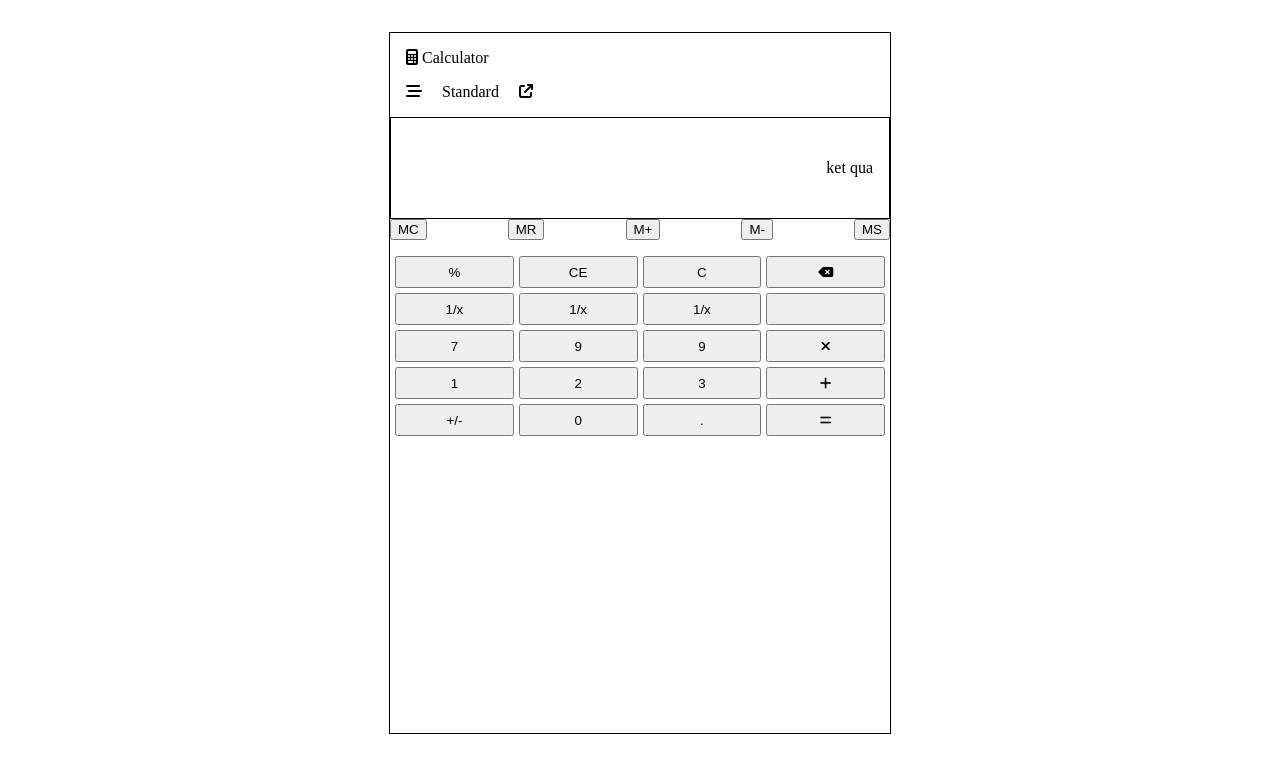
Repository: tungts3qb/Javascript
Page: Calculator/Calculator.html
The author's editor kept a copy of each file at every save. The page is drawn from the files as they stood at one save, then again after the next save.
The browser window is 1280 px wide. The pictures show the whole page.

Above is the page before, as saved 2022-12-26 16:52:12.

### Calculator/Calculator.html
<!DOCTYPE html>
<html lang="en">
  <head>
    <meta charset="UTF-8" />
    <meta http-equiv="X-UA-Compatible" content="IE=edge" />
    <meta name="viewport" content="width=device-width, initial-scale=1.0" />
    <link rel="stylesheet" href="./style.css" />
    <link
      rel="stylesheet"
      href="https://cdnjs.cloudflare.com/ajax/libs/font-awesome/6.2.1/css/all.min.css"
      integrity="sha512-MV7K8+y+gLIBoVD59lQIYicR65iaqukzvf/nwasF0nqhPay5w/9lJmVM2hMDcnK1OnMGCdVK+iQrJ7lzPJQd1w=="
      crossorigin="anonymous"
      referrerpolicy="no-referrer"
    />
    <title>Calculator</title>
  </head>
  <body>
    <div class="calculator">
      <div class="calculator-header">
        <i class="fa-solid fa-calculator"></i>
        <span>Calculator</span>
      </div>
      <div class="calculator-nav">
        <i class="fa-solid fa-bars-staggered"></i>
        <span>Standard</span>
        <i class="fa-solid fa-arrow-up-right-from-square"></i>
      </div>
      <div class="caculator-result"><span>ket qua</span></div>
      <div class="calculator-special-function">
        <ul>
          <li><button class="btn-special-fun">MC</button></li>
          <li><button class="btn-special-fun">MR</button></li>
          <li><button class="btn-special-fun">M+</button></li>
          <li><button class="btn-special-fun">M-</button></li>
          <li><button class="btn-special-fun">MS</button></li>
        </ul>
      </div>
      <div class="calculator-buttons">
        <button class="calculator-button">%</button>
        <button class="calculator-button">CE</button>
        <button class="calculator-button">C</button>
        <button class="calculator-button">
          <i class="fa-solid fa-delete-left"></i>
        </button>
        <button class="calculator-button">1/x</button>
        <button class="calculator-button">1/x</button>
        <button class="calculator-button">1/x</button>
        <button class="calculator-button">
          <i class="fas fa-buttonide"></i>
        </button>
        <button class="calculator-button">7</button>
        <button class="calculator-button">9</button>
        <button class="calculator-button">9</button>
        <button class="calculator-button"><i class="fas fa-times"></i></button>
        <button class="calculator-button">1</button>
        <button class="calculator-button">2</button>
        <button class="calculator-button">3</button>
        <button class="calculator-button"><i class="fas fa-plus"></i></button>
        <button class="calculator-button">+/-</button>
        <button class="calculator-button">0</button>
        <button class="calculator-button">.</button>
        <button class="calculator-button"><i class="fas fa-equals"></i></button>
      </div>
    </div>
    <script src="./script.js"></script>
  </body>
</html>

### Calculator/style.css
.calculator {
  width: 500px;
  height: 700px;
  border: 1px solid black;
  margin: 2rem auto;
}

.calculator-header {
  margin-top: 1rem;
  padding-left: 1rem;
}

.calculator-nav {
  padding-left: 1rem;
  margin-top: 1rem;
}

.calculator-nav span {
  margin-left: 1rem;
  margin-right: 1rem;
}

.caculator-result {
  border: 1px solid black;
  margin-top: 1rem;
  height: 100px;
  display: flex;
  justify-content: flex-end;
  align-items: center;
}

.caculator-result span {
  display: block;
  margin-right: 1rem;
}

.calculator-special-function ul {
  width: 100%;
  padding-left: 0;
  list-style: none;
  display: flex;
  margin-top: 0;
  justify-content: space-between;
  align-items: center;
  margin-left: 0;
}

.calculator-special-function li {
  margin-left: 0;
}

.btn-special-fun {
  width:
  height: 2rem;
}

.calculator-buttons {
  display: grid;
  grid-template-columns: repeat(4, 1fr);
  grid-column-gap: 5px;
  grid-row-gap: 5px;
  padding-left: 5px;
  padding-right: 5px;
}

.calculator-button {
  height: 2rem;
}

Loaded but not shown: Calculator/script.js (no stored copy; drawn as an empty file)

After the next save:
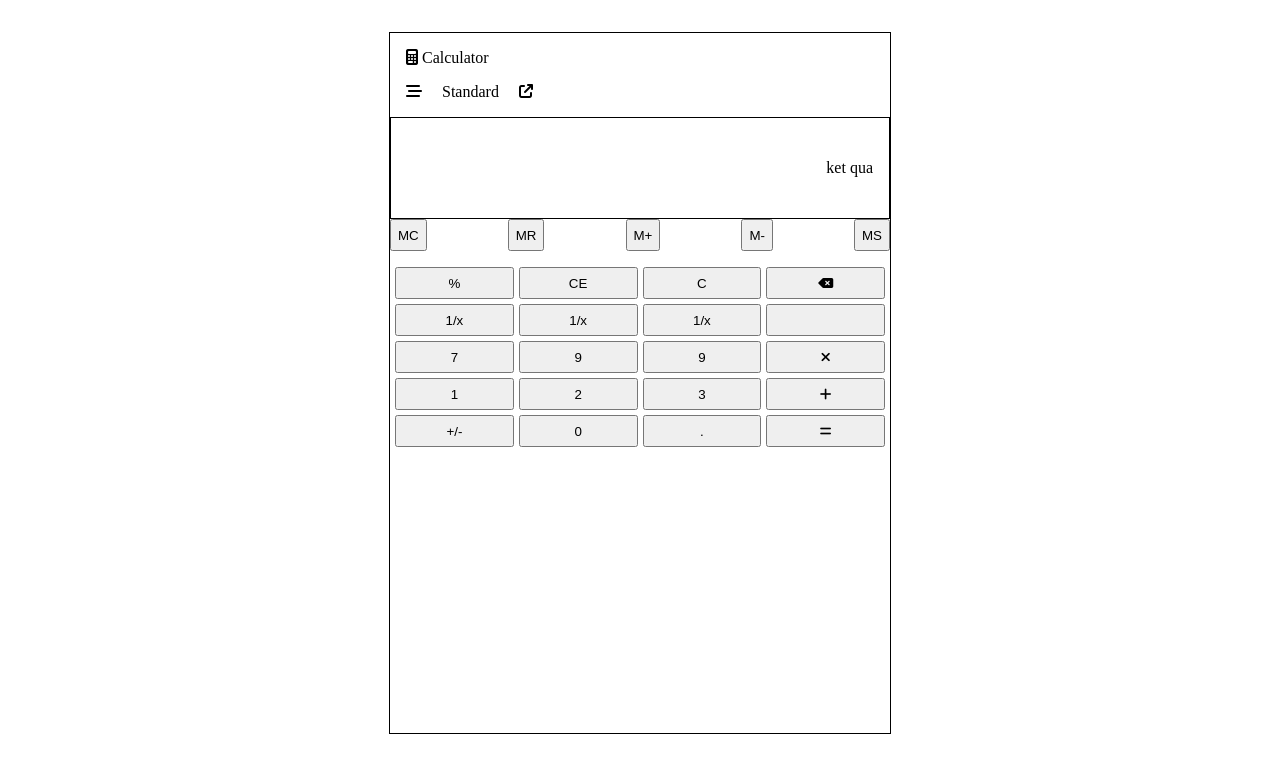
Saved 30 s later.
--- a/Calculator/style.css
+++ b/Calculator/style.css
@@ -45,12 +45,7 @@
   margin-left: 0;
 }
 
-.calculator-special-function li {
-  margin-left: 0;
-}
-
 .btn-special-fun {
-  width:
   height: 2rem;
 }
 
